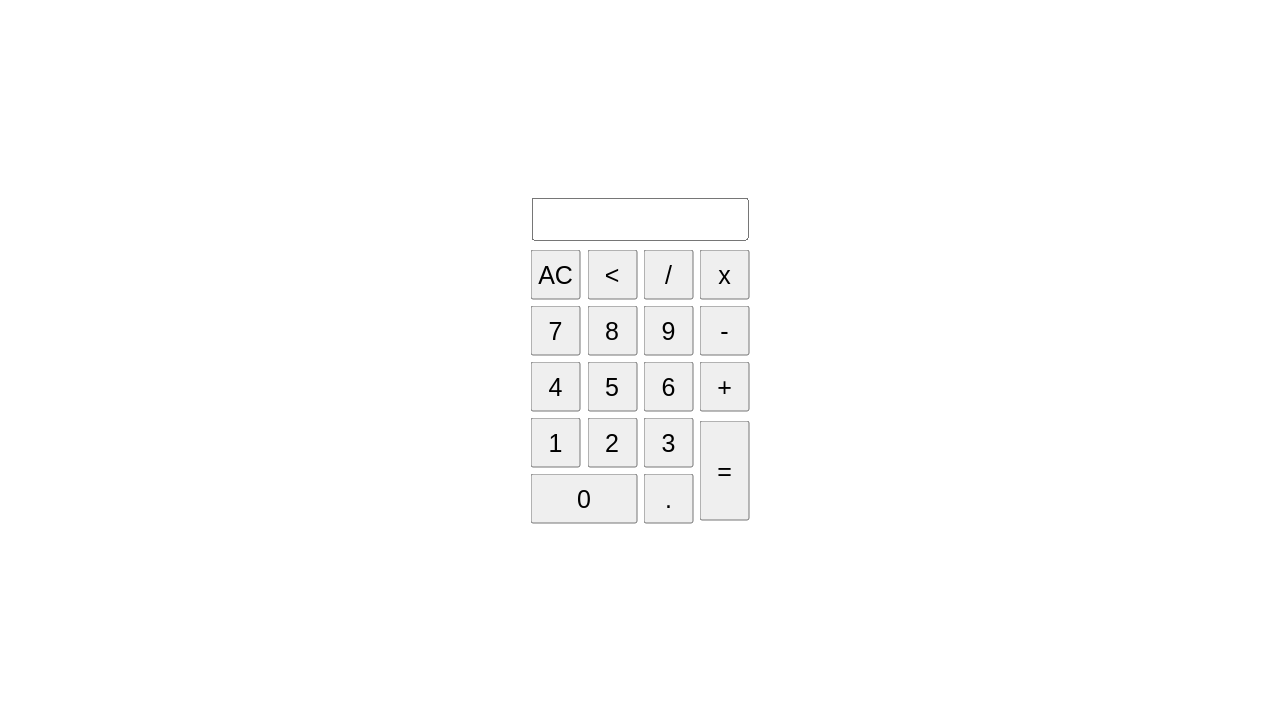
Repository: lacey-crenshaw/calculator
Page: index.html
The author's editor kept a copy of each file at every save. The page is drawn from the files as they stood at one save, then again after the next save.
The browser window is 1280 px wide. The pictures show the whole page.

Above is the page before, as saved 2020-02-14 09:51:58.

### index.html
<html>
    <head>
        <link rel="stylesheet" href="style.css">
        <script>
            function insert(num){
                document.form.textview.value = document.form.textview.value+num
            }

            function equal(){
                let exp = document.form.textview.value;
                if(exp){
                document.form.textview.value = eval(exp)
                }
            }

            function ac(){
                document.form.textview.value = "";
            }

            function back(){
                let exp = document.form.textview.value;
                document.form.textview.value = exp.substring(0, exp.length -1);
            }
        </script>
    </head>
    <body>
        <div class="main">
            <form name="form">
                <input class="textview" name="textview">
            </form>
            <table>
                <tr>
                    <td><input class="button" type="button" value="AC" onclick="ac()"> </td>
                    <td><input class="button" type="button" value="<" onclick="back()"> </td>
                    <td><input class="button" type="button" value="/" onclick="insert('/')"> </td>
                    <td><input class="button" type="button" value="x" onclick="insert('*')"> </td>
                </tr>
                <tr>
                    <td><input class="button" type="button" value="7" onclick="insert(7)"></td>
                    <td><input class="button" type="button" value="8" onclick="insert(8)"> </td>
                    <td><input class="button" type="button" value="9" onclick="insert(9)"> </td>
                    <td><input class="button" type="button" value="-" onclick="insert('-')"> </td>
                </tr>
                <tr>
                    <td><input class="button" type="button" value="4" onclick="insert(4)"> </td>
                    <td><input class="button" type="button" value="5" onclick="insert(5)"> </td>
                    <td><input class="button" type="button" value="6" onclick="insert(6)"> </td>
                    <td><input class="button" type="button" value="+" onclick="insert('+')"> </td>
                </tr>
                <tr>
                    <td><input class="button" type="button" value="1" onclick="insert(1)"> </td>
                    <td><input class="button" type="button" value="2" onclick="insert(2)"> </td>
                    <td><input class="button" type="button" value="3" onclick="insert(3)"> </td>
                    <td rowspan="2"><input class="button" id="eq" type="button" value="=" onclick="equal()"> </td>
                </tr>
                <tr>
                    <td colspan="2"><input class="button" type="button" style="width: 107" value="0" onclick="insert(0)"> </td>
                    <td><input class="button" type="button" value="." onclick="insert('.')"> </td>
                </tr>
            </table>
        </div>
    </body>
</html>

### style.css
*{
    margin:0;
    padding:0;
}

.button {
    width: 50;
    height: 50;
    font-size: 25;
    margin: 2;
    cursor: pointer;
}

.textview {
    width: 217;
    margin: 5;
    font-size: 25;
    padding: 5;
}

.main {
    position: absolute;
    top: 50%;
    left: 50%;
    transform: translateX(-50%) translateY(-50%);
}

#eq {
    height: 100;
}

After the next save:
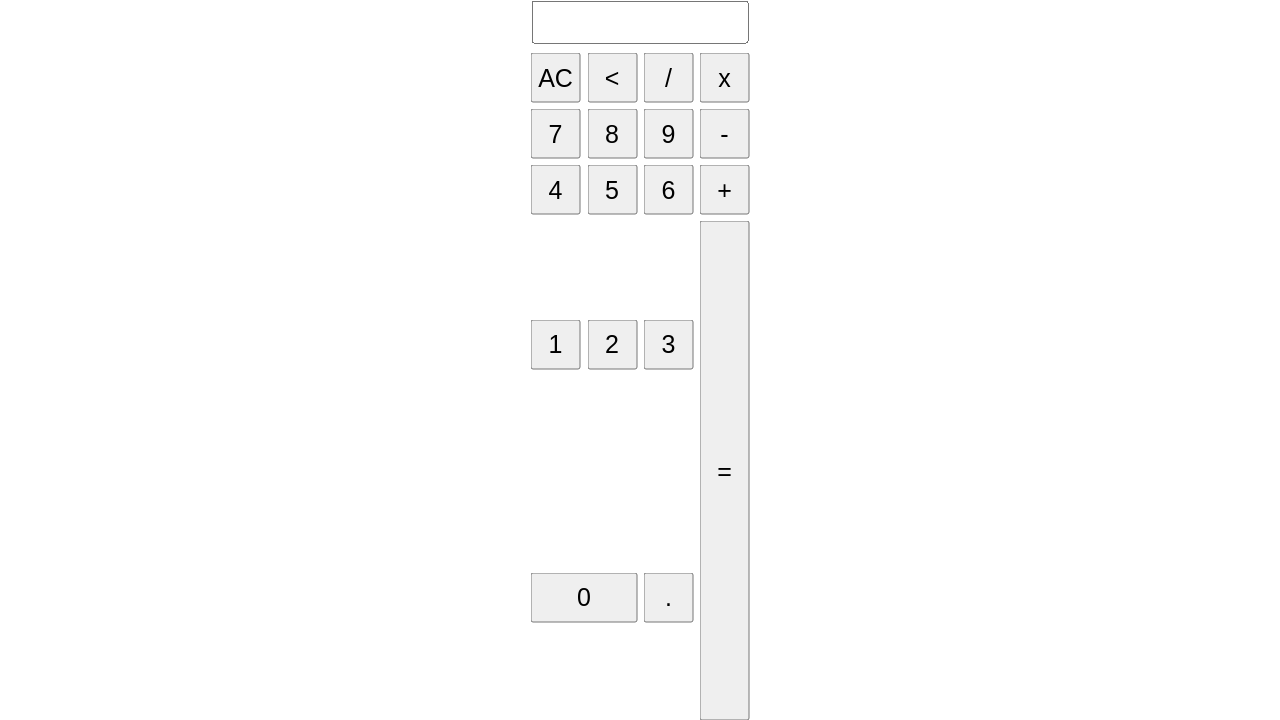
Saved 4 s later.
--- a/style.css
+++ b/style.css
@@ -26,5 +26,5 @@
 }
 
 #eq {
-    height: 100;
+    height: 500;
 }

After the save that followed:
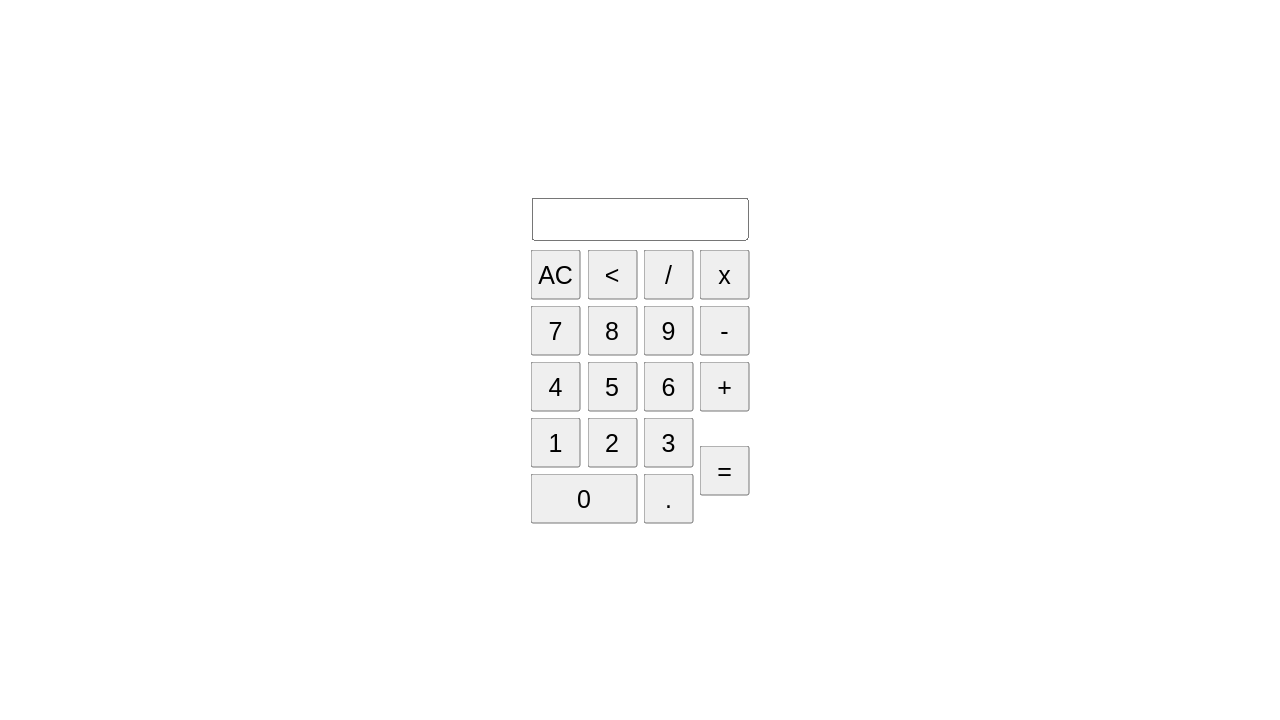
Saved 4 s later.
--- a/style.css
+++ b/style.css
@@ -24,7 +24,3 @@
     left: 50%;
     transform: translateX(-50%) translateY(-50%);
 }
-
-#eq {
-    height: 500;
-}
